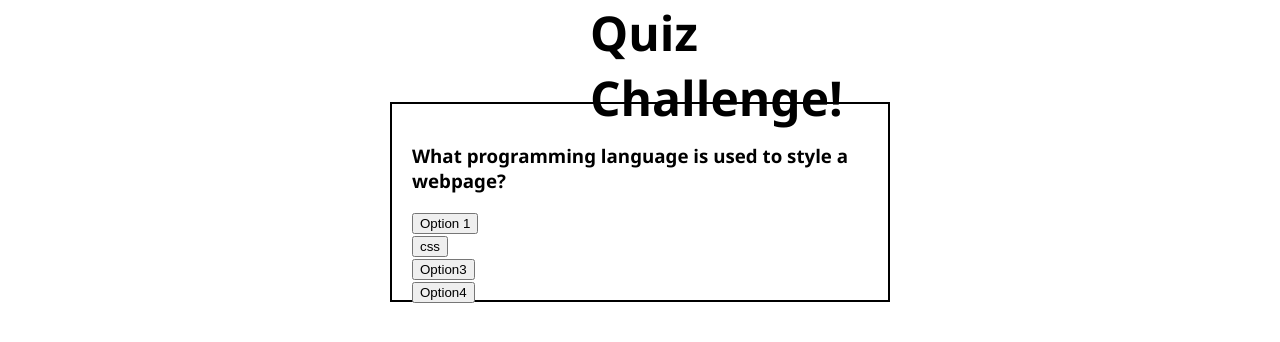
Repository: s88leigh/Quiz-Challenge
Page: index.html
An editor plug-in stored every save of this project. The page is shown before and after a run of saves, followed by the edit.
The browser window is 1280 px wide. The pictures show the whole page.

Above is the page before, as saved 2019-10-18 11:04:45.

### index.html
<!DOCTYPE html>
<html lang="en">

<head>
    <meta charset="UTF-8">
    <meta name="viewport" content="width=device-width, initial-scale=1.0">
    <meta http-equiv="X-UA-Compatible" content="ie=edge">
    <link rel="stylesheet" type="text/css" href="style.css">
    <title>Quiz</title>


</head>

<body>
    <h1 id="title">Quiz Challenge!</h1>
    <br>
    <div id="question-box">

        <h3 id="question">question</h3>
        <div id="answers"></div>

    </div>

    <!-- <div class="wrapper">
    <h1>Coding Timetracker</h1>
    <h2><span id="counter">0</span> Hours Spent Coding Today</h2>
    <button id="add">Increment</button>
    <button id="subtract">Decrement</button>
  </div> -->

    <script src="./script.js"></script>
</body>

</html>

### style.css
#title {
    width: 100px;
    height: 50px;
    margin: auto;
    margin-bottom: 30px;
    text-align: center;
}

#question-box {
    width: 500px;
    height: 200px;
    padding: 20px;
    margin: auto;
    border: 2px solid black;
}

/* time tracker */
*, *::before, *::after {
    box-sizing: border-box;
  }

  html {
    font-size: 16px;
    font-family: 'Segoe UI', Tahoma, Geneva, Verdana, sans-serif;
  }

  body {
    margin: 0;
    padding: 0;
    font-weight: normal;
  }

  .wrapper {
    width: 800px;
    margin: 0 auto;
    text-align: center;
  }

  h1 {
    font-size: 3em;
  }

  #add, #subtract {
    border-radius: 4px;
    border-style: none;
    box-shadow: rgba(34,36,38,.15) 0 0 0 0 inset;
    color: #fff;
    cursor: pointer;
    font-family: "Helvetica Neue",Arial,Helvetica,sans-serif;
    font-size: 1em;
    font-weight: 700;
    line-height: 0;
    padding: 20px;
  }

  #add {
    background-color: #2185d0;
  }

  #add:hover {
    background-color: #1678c2;
  }

  #subtract {
    background-color: #db2828;
  }

  #subtract:hover {
    background-color: #CF1919;
  }

### script.js
// var btn1 = document.getElementById("btn1");
// var btn2 = document.getElementById("btn2");
// var btn3 = document.getElementById("btn3");
// var btn4 = document.getElementById("btn4");
var currQuestionDiv = document.getElementById("question");
var answersDiv = document.getElementById("answers");

var questions = [
    {
        questionText: "What programming language is used to style a webpage?",
        choices: ["Option 1", "css", "Option3", "Option4"],
        answer: "css"
    },
    {
        questionText: "Which one is a DOM element?",
        choices: ["Option 1", "Option 2", "addEventListener", "Option4"],
        answer: "addEventListener"
    },
    {
        questionText: "Which is a DOM attribute?",
        choices: ["value", "Option 2", "Option3", "Option4"],
        answer: "value"
    },
    {
        questionText: "What are the inputs of a function called?",
        choices: ["Option 1", "Option 2", "Option3", "parameters"],
        answer: "parameters"
    },
    {
        questionText: "What is the output of a function called?",
        choices: ["Option 1", "Option 2", "Option3", "parameters"],
        answer: "return"
    }
];

var qIndex = 0;
var timer, timerId;

function startTimer(){
    clearInterval(timerId);
    timer = 15;
    timerId = setInterval(function(){
        console.log(timer, timerId)
        timer--;
        if(timer === 0){
            clearInterval(timerId);
            qIndex++;
            questionText();
        }
    }, 1 * 1000);
}
function questionText() {
    startTimer();
    var currentQuestion = questions[qIndex];
    currQuestionDiv.innerText = currentQuestion.questionText;

    answersDiv.innerHTML = "";
    for (var i = 0; i < currentQuestion.choices.length; i++) {
        var button = document.createElement("button");
        var newline = document.createElement("br");
        button.innerText = currentQuestion.choices[i];
        button.onclick = clickButton;
        button.setAttribute("value", currentQuestion.choices[i])

        answersDiv.appendChild(button)
        answersDiv.appendChild(newline)
    }
};

function clickButton() {
    var choice = this.value;

    if(choice === questions[qIndex].answer){
        console.log("correct")
    } else {
        console.log("incorrect")
    }
    qIndex++;
    questionText();
}
questionText()
// for (var i = 0; i < questions.length; i++) {
//     // get the question
//     var question = questions[i];
//     // get the question text and do something with it, put it on document
//     question.questionText;
// }

// questionText()




// // Counter in local storage
// var counter = document.querySelector("#counter");
// var addButton = document.querySelector("#add");
// var subtractButton = document.querySelector("#subtract");

// var count = localStorage.getItem("count");

// counter.textContent = count;

// addButton.addEventListener("click", function() {
//   count++;
//   counter.textContent = count;

//   localStorage.setItem("count", count);
// });

// subtractButton.addEventListener("click", function() {
//   count--;
//   counter.textContent = count;

//   localStorage.setItem("count", count);
// });

// // testing
// var h1 = document.createElement("h1");
// var h1Text = document.createTextNode("Hello Kitty");
// h1.appendChild(h1Text);
// document.body.appendChild(h1);

After the next 6 saves:
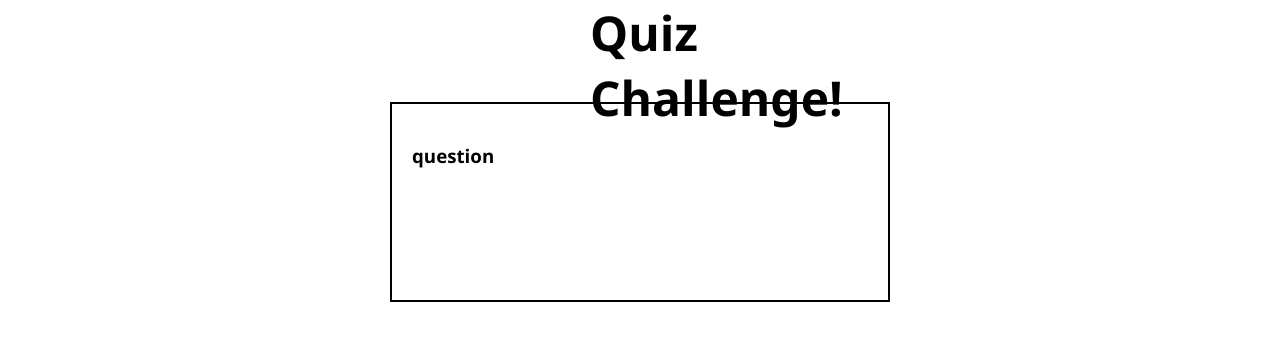
Console error: SyntaxError: Unexpected token ')'
The 6 saves are shown as one change because they came seconds apart.
The last was saved 111 s later.
--- a/script.js
+++ b/script.js
@@ -45,6 +45,7 @@
         if(timer === 0){
             clearInterval(timerId);
             qIndex++;
+            if(qIndex >)
             questionText();
         }
     }, 1 * 1000);

After the save that followed:
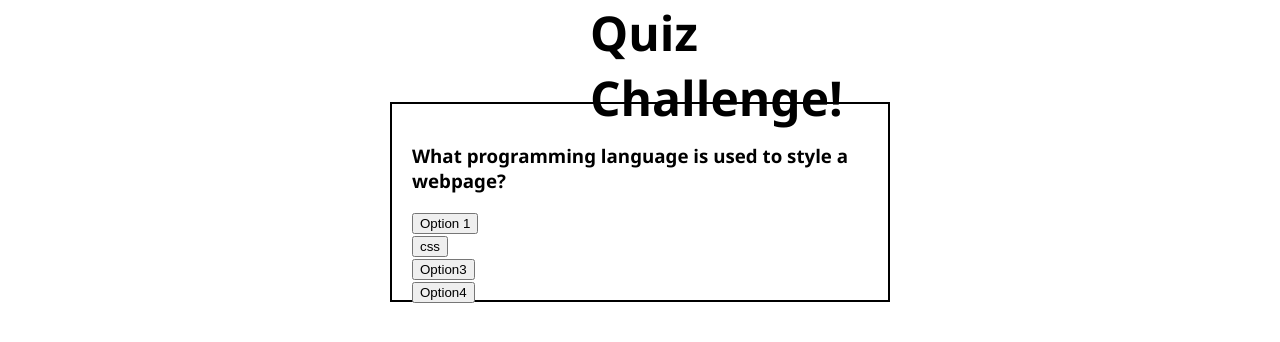
The error is gone.
Saved 4 s later.
--- a/script.js
+++ b/script.js
@@ -45,7 +45,7 @@
         if(timer === 0){
             clearInterval(timerId);
             qIndex++;
-            if(qIndex >)
+            if(qIndex > quen)
             questionText();
         }
     }, 1 * 1000);
